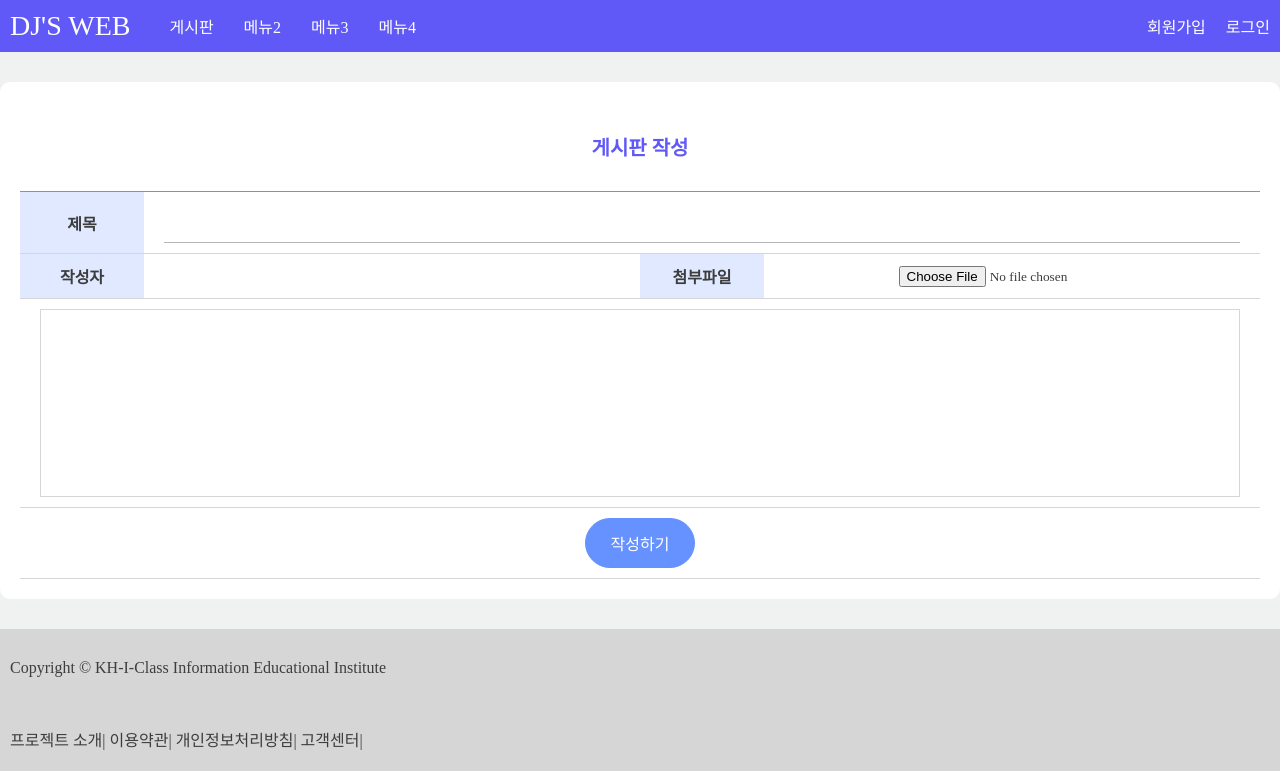
Repository: Godzilla-Man/codingStudy
Page: http://localhost/server_06_notice/notice/writeFrm
These files come from the project's save history. The page is drawn as it stood at one moment and after the next save; the edit follows.
The browser window is 1280 px wide. The pictures show the whole page.
Some web fonts or font styles are not loaded; a fallback is used. The page is served by Tomcat 9.

Above is the page before, as saved 2025-05-09 02:34:06.

After the next save:
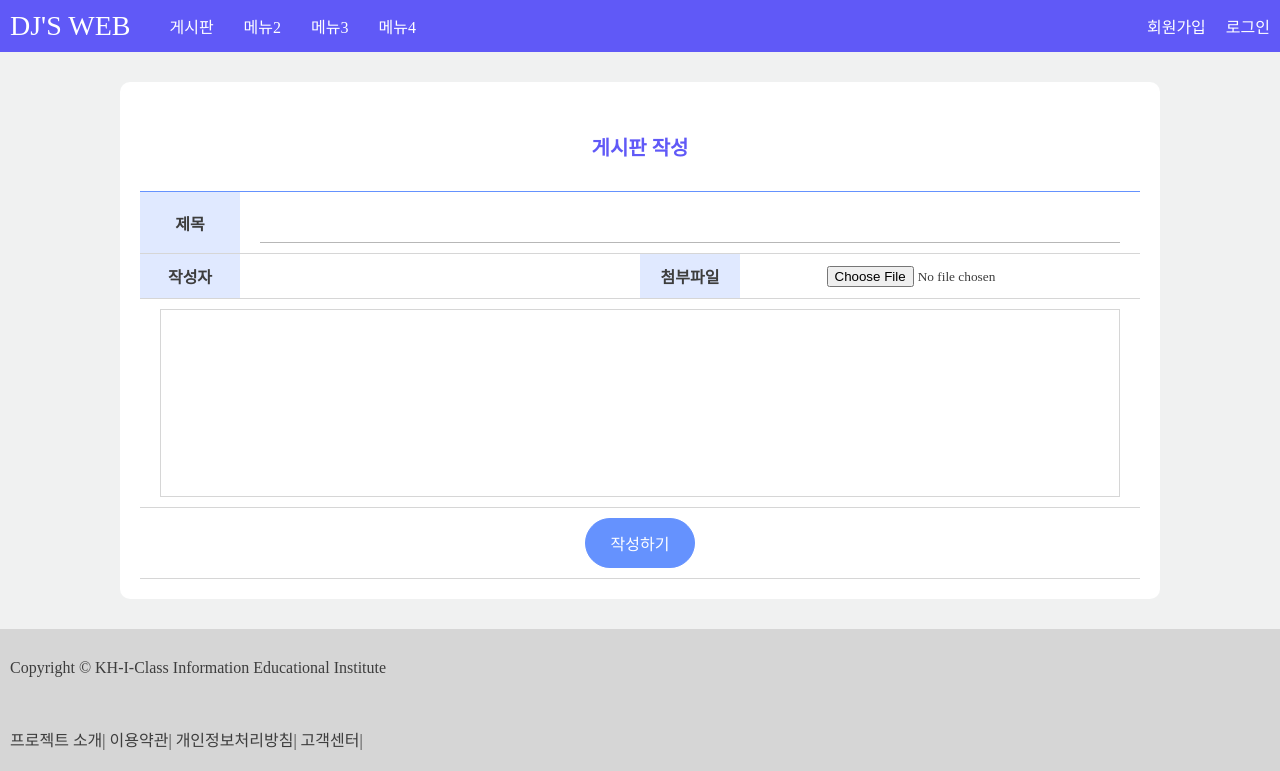
Saved 4 min 36 s later.
--- a/server_06_notice/src/main/webapp/WEB-INF/views/notice/writeFrm.jsp
+++ b/server_06_notice/src/main/webapp/WEB-INF/views/notice/writeFrm.jsp
@@ -4,7 +4,22 @@
 <html>
 <head>
 <meta charset="UTF-8">
-<title>Insert title here</title>
+<title>게시글 작성</title>
+
+<style>
+	.notice-write-container {
+		display : flex;
+		justify-content : center;
+		align-items : cneter;
+	}
+	.notice-write-wrap {
+		width : 1000px;
+	}
+	.notice-write-wrap .input-item>textare{
+		height : 300px;
+	}
+</style>
+
 </head>
 <body>
 	<div class="wrap">
